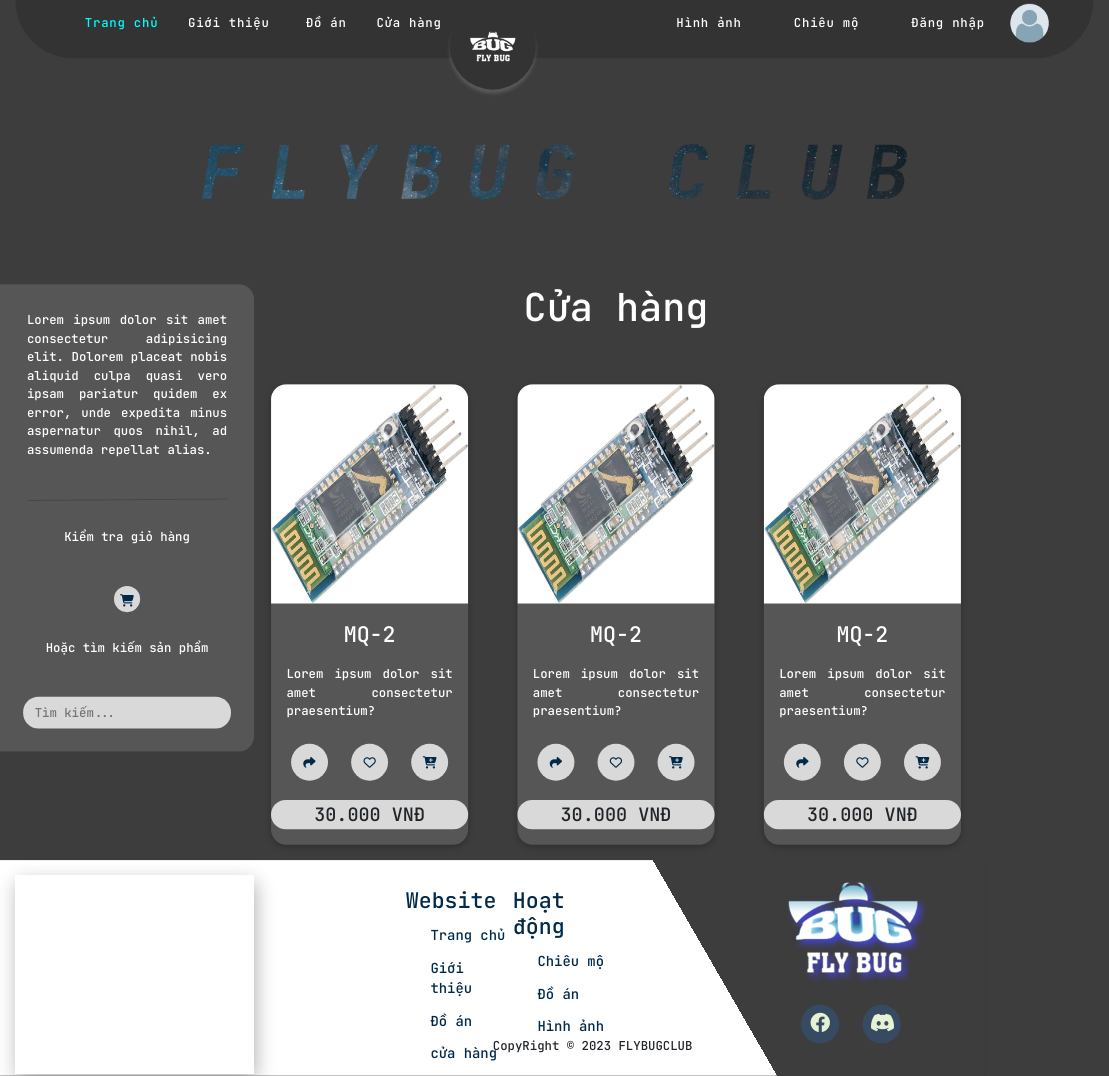
Repository: NQD2308/FlyBugClub_WebApp
Page: PROJECT FLYNUG/html/store.html
The author's editor kept a copy of each file at every save. The page is drawn from the files as they stood at one save, then again after the next save.
The browser window is 1280 px wide. The page is 1440 px wide, so the pictures cover 1440 px, including what lies to the right of the window. The pictures show the whole page, at 77% of full size.
Pictures or frames that could not be fetched are drawn as grey boxes.

Above is the page before, as saved 2023-09-18 11:31:39.

### PROJECT FLYNUG/html/store.html
<html lang="en">

<head>
    <meta charset="UTF-8">
    <meta name="viewport" content="width=device-width, initial-scale=1.0">
    <title>Document</title>

    <!-- Bootrap 5 -->
    <link href="https://cdn.jsdelivr.net/npm/bootstrap@5.0.2/dist/css/bootstrap.min.css" rel="stylesheet" integrity="sha384-EVSTQN3/azprG1Anm3QDgpJLIm9Nao0Yz1ztcQTwFspd3yD65VohhpuuCOmLASjC" crossorigin="anonymous">

    <!-- Font awesome -->
    <link rel="stylesheet" href="https://cdnjs.cloudflare.com/ajax/libs/font-awesome/6.4.2/css/all.min.css" integrity="sha512-z3gLpd7yknf1YoNbCzqRKc4qyor8gaKU1qmn+CShxbuBusANI9QpRohGBreCFkKxLhei6S9CQXFEbbKuqLg0DA==" crossorigin="anonymous" referrerpolicy="no-referrer" />

    <!-- CSS -->
    <link rel="stylesheet" href="../css/style.css">
    <!-- Reset -->
    <link rel="stylesheet" href="../css/default_setting.css">

    <!-- JetBrains Mono font -->
    <link rel="preconnect" href="https://fonts.googleapis.com">
    <link rel="preconnect" href="https://fonts.gstatic.com" crossorigin>
    <link
        href="https://fonts.googleapis.com/css2?family=JetBrains+Mono:ital,wght@0,300;0,500;0,600;0,700;0,800;1,400&display=swap"
        rel="stylesheet">
</head>

<body>
    <!-- ========================
                #HEADER
        ========================-->
    <header>
        <div class="nav">
            <div class="nav__links">
                <ul class="nav__links-left">
                    <li><a class="active" href="#">Trang chủ</a></li>
                    <li><a href="#">Giới thiệu</li>
                    <li><a href="#">Đồ án</a></li>
                    <li><a href="#">Cửa hàng</a></li>
                </ul>
            </div>
            <div class="logo">
                <img src="../img/logo.png" alt="FlyBug logo">
            </div>
            <div class="nav__links">
                <ul class="nav__links-right">
                    <li><a href="#">Hình ảnh</a></li>
                    <li><a href="#">Chiêu mộ</a></li>
                    <li class="login"><a href="#">Đăng nhập</a></li>
                    <li class="login-Img">
                        <a href="#"><img src="../img/user.png" alt=""></a>
                    </li>
                </ul>
            </div>
        </div>
        <div class="text-logo">
            <img  src="../img/FLYBUG CLUB.png" alt="Photo logo">
        </div>
    </header>

    <section class="body">
        <div class="container">
            <div class="row">
                <div class="col col-md-3 left">
                    <div class="search">
                        <div class="store-note">
                            <p>Lorem ipsum dolor sit amet consectetur adipisicing elit. Dolorem placeat nobis aliquid culpa quasi vero ipsam pariatur quidem ex error, unde expedita minus aspernatur quos nihil, ad assumenda repellat alias.</p>
                        </div>
                        <div class="center">
                            <svg xmlns="http://www.w3.org/2000/svg" width="261" height="4" viewBox="0 0 261 4" fill="none">
                                <path d="M1 2.96216L260.993 0.99995" stroke="#3D3D3D" stroke-opacity="0.8"/>
                            </svg>
                        </div>
                        <div class="shopping-function">
                            <p>Kiểm tra giỏ hàng</p>
                            <div class="center ">
                                <button class="icon-shopping">
                                    <a href="#">
                                        <i class="fa-solid fa-cart-shopping"></i>
                                    </a>
                                </button>
                            </div>
                            <p>Hoặc tìm kiếm sản phẩm</p>
                            <div class="center">
                                <input type="text" placeholder="Tìm kiếm...">
                            </div>
                        </div>
                    </div>
                </div>
                <div class="col col-md-9 right">
                    <div class="store">
                        <h1>Cửa hàng</h1>
                        <div class="item-store">
                            <div class="row">
                                <div class="col col-md-4">
                                    <div class="item-card">
                                        <img src="../img/bluth.jpg" alt="Photo item store">
                                        <h3>MQ-2</h3>
                                        <p>Lorem ipsum dolor sit amet consectetur praesentium?</p>
                                        <div class="center icon-card">
                                            <button class="icon icon-share">
                                                <a href="#">
                                                    <i class="fa-solid fa-share"></i>
                                                </a>
                                            </button>
                                            <button class="icon icon-love">
                                                <a href="#">
                                                    <i class="fa-regular fa-heart"></i>
                                                </a>
                                            </button>
                                            <button class="icon icon-share">
                                                <a href="#">
                                                    <i class="fa-solid fa-cart-plus"></i>
                                                </a>
                                            </button>
                                        </div>
                                        <div class="center item-price">
                                            <h2>30.000 VNĐ</h2>
                                        </div>
                                    </div>
                                </div>
                                <div class="col col-md-4">
                                    <div class="item-card">
                                        <img src="../img/bluth.jpg" alt="Photo item store">
                                        <h3>MQ-2</h3>
                                        <p>Lorem ipsum dolor sit amet consectetur praesentium?</p>
                                        <div class="center icon-card">
                                            <button class="icon icon-share">
                                                <a href="#">
                                                    <i class="fa-solid fa-share"></i>
                                                </a>
                                            </button>
                                            <button class="icon icon-love">
                                                <a href="#">
                                                    <i class="fa-regular fa-heart"></i>
                                                </a>
                                            </button>
                                            <button class="icon icon-share">
                                                <a href="#">
                                                    <i class="fa-solid fa-cart-plus"></i>
                                                </a>
                                            </button>
                                        </div>
                                        <div class="center item-price">
                                            <h2>30.000 VNĐ</h2>
                                        </div>
                                    </div>
                                </div>
                                <div class="col col-md-4">
                                    <div class="item-card">
                                        <img src="../img/bluth.jpg" alt="Photo item store">
                                        <h3>MQ-2</h3>
                                        <p>Lorem ipsum dolor sit amet consectetur praesentium?</p>
                                        <div class="center icon-card">
                                            <button class="icon icon-share">
                                                <a href="#">
                                                    <i class="fa-solid fa-share"></i>
                                                </a>
                                            </button>
                                            <button class="icon icon-love">
                                                <a href="#">
                                                    <i class="fa-regular fa-heart"></i>
                                                </a>
                                            </button>
                                            <button class="icon icon-share">
                                                <a href="#">
                                                    <i class="fa-solid fa-cart-plus"></i>
                                                </a>
                                            </button>
                                        </div>
                                        <div class="center item-price">
                                            <h2>30.000 VNĐ</h2>
                                        </div>
                                    </div>
                                </div>

                            </div>
                        </div>
                    </div>
                </div>
            </div>
        </div>
    </section>

 <!-- ========================
                #FOOTER
        ========================-->
    <footer class="footer">
        <div class="footer-left">
            <iframe class="ggmap" src="https://www.google.com/maps/embed?pb=!1m18!1m12!1m3!1d15678.190787267133!2d106.64595238715819!3d10.769299600000005!2m3!1f0!2f0!3f0!3m2!1i1024!2i768!4f13.1!3m3!1m2!1s0x31752f7c8bf050ff%3A0x4fa87595d124cc0c!2zVHLGsOG7nW5nIMSQ4bqhaSBo4buNYyBIb2EgU2VuIC0gQ8ahIHPhu58gVGjDoG5oIFRow6Fp!5e0!3m2!1svi!2s!4v1691345035899!5m2!1svi!2s" width="500" height="250" style="border:1;" allowfullscreen="" loading="lazy" referrerpolicy="no-referrer-when-downgrade"></iframe>
        </div>
        <ul class="footer-center">
            <li>
                <h3>Website</h3>

                <ul class="box">
                    <li><a href="#">Trang chủ</a></li>
                    <li><a href="#">Giới thiệu</a></li>
                    <li><a href="#">Đồ án</a></li>
                    <li><a href="#">cửa hàng</a></li>
                </ul>
            </li>
            <li>
                <h3>Hoạt động</h3>

                <ul class="box">
                    <li><a href="#">Chiêu mộ</a></li>
                    <li><a href="#">Đồ án</a></li>
                    <li><a href="#">Hình ảnh</a></li>
                </ul>
            </li>
        </ul>
        <div class="footer-right">
            <div class="img-logo">
                <img src="../img/flybug.png" alt="">
            </div>
            <div class="socials">
                <a href="#"><i class="fa-brands fa-facebook"></i></a>
                <a href="#"><i class="fa-brands fa-discord"></i></a>
            </div>
        </div>

        <div class="footer-bottom">
            <p>CopyRight &copy; 2023 FLYBUGCLUB</p>
        </div>
    </footer>

</body>

</html>

### PROJECT FLYNUG/css/style.css
li,
a,
button {
    list-style: none;
    font-family: 'JetBrains Mono', monospace;
    font-size: 16px;
    text-decoration: none;
    color: #fff;
    cursor: url(../img/bug-icon.png) 5 5, auto !important;
}
body {
    cursor: url(../img/bug-icon.png) 5 5, auto !important;
}
a {
    cursor: url(../img/bug-icon.png) 5 5, auto;
}
body {
    background-color: #3d3d3d;
}

/* =========================
        #HEADER
    =========================*/
header {
    /* position: fixed; */
    width: 1440px;
    /* height: 80px; */
    /* border-bottom: 1px solid #00000026; */




    /* backdrop-filter: blur(20px); */
}

header .nav {
    width: 1400px;
    margin: 0 auto;
    max-width: 100%;
    background: #333;
    border-radius: 0px 0px 80px 80px;
    display: flex;
    justify-content: space-between;
    align-items: center;
    padding: 0 3%;
    top: 0%;
    z-index: 10;
    box-shadow: rgba(0, 0, 0, 0.3) 2.72076px ;
    /* border: 1px solid red; */
}

header .nav ul {
    display: flex;
    align-items: center;
}

header .nav ul li {
    margin: 5px 15px;
    letter-spacing: 1px;
}

header .nav .logo {
    /* border: 1px solid red; */
    width: 7rem;
    height: 7rem;
    position: absolute;
    left: 50%;
    transform: translate(-50%, 20%);
    background-color: #333;
    overflow: hidden;
    border-radius: 100%;
    box-shadow: 0 5px 5px rgba(204, 204, 204, .2);
}

header .logo img {
    width: 100%;
    height: 100%;
    object-fit: cover;
}

header .nav__links {
    width: 40%;
    height: 100%;
}
header .nav__links ul li a{
    transition: .3s ease;
}
header .nav__links ul > li:hover a{
    color: aqua;
}
header .nav__links-left,
header .nav__links-right {
    justify-content: space-between;
}

.active {
    color: aqua;
}

.nav__links-right li:last-child {
    width: 50px;
    height: 50px;
}

header .nav__links-right {
    margin-left: -20px;
}

header .nav__links-right .login-img {
    margin-left: -20px;
}

header .text-logo{
    display: flex;
    justify-content: center;
    width: 1440px;
    background-color: #3d3d3d;
    /* border: 1px solid white; */
    padding: 110px 0;
}

/* ================================ */
/* ============= BODY ============= */
/* ================================ */

/*  @############ LEFT ############@ */

section.body .container{
    max-width: 1440px;
}
section.body .left{
    padding-left: 0;
}

section.body .search{
    width: 330px;
    background-color: #565656;
    border-radius: 0 20px 20px 0;
    position: relative;
    left: 0;
}

.body .search store-note{
    display: flex;
    justify-content: center;
}

.body .search p{
    color: #FFF;
    text-align: justify;
    padding: 35px;
}

.body .search .shopping-function p{
    text-align: center;
}

.body .search .shopping-function button.icon-shopping{
    width: 34px;
    height: 34px;
    border-radius: 50%;
    background-color: #D9D9D9;
    border: none;
}

.body .search .shopping-function .icon-shopping i{
    display: flex;
    justify-content: center;
    width: 24px;
    color: #012A4A;
    transition: all .25s ease-in;
    /* border: 1px solid orange; */
    border-radius: 50%;
    padding: 10px 16px 6px 17px;
}

.body .search .shopping-function button.icon-shopping:hover i{
    color: orange;
    transition: all .25s ease-in;
}

.body .search .shopping-function input{
    width: 270px;
    padding: 10px 15px;
    border-radius: 20px;
    border: none;
    background-color: #D9D9D9;
    margin-bottom: 30px;
}

/*  @############ RIGHT ############@ */

.body .right .store h1{
    color: white;
    text-align: center;
    font-size: 50px;
    margin-bottom: 50px;
}

.body .right .store .item-card{
   background-color: #565656;
    /* border: white 1px solid; */
    border-radius: 20px;
    margin: 20px;
    box-shadow: rgba(0, 0, 0, 0.24) 0px 3px 8px;
}

.body .right .store img {
    height: 285px;
    background-size: cover;
    background-position: center;
    background-attachment: fixed;
    border-radius: 20px 20px 0 0;
}

.body .right .store h3{
    margin: 23px 0;
    text-align: center;
    color: white;
}

.body .right .store p{
    color: white;
    text-align: justify;
    padding: 0 20px;
    font-size: 16px;
    margin: 15px 0;
}

.body .right .store .icon-card{
    margin: 10px 0;
}

.body .right .store .icon-card .icon{
    width: 48px;
    height: 48px;
    border: none;
    margin: 15px;
    background-color: #D9D9D9;
    border-radius: 50%;
}

.body .right .store .icon-card .icon i{
    /* border: orange 1px solid; */
    color: #012A4A;
    padding: 15px;
    border-radius: 50%;
    transition: all .25s ease-in;
}

.body .right .store .icon-card .icon :hover i{
    /* border: orange 1px solid; */
    rotate: 360deg;
    transition: all .25s ease-in;
}

.body .right .store .item-card .item-price h2{
    width: 270px;
    padding: 5px 20px;
    margin-bottom: 20px;
    font-size: 24px;
    background-color: #D9D9D9;
    border: none;
    border-radius: 20px;
    text-align: center;

}

/* =========================
        #FOOTER
         background-image: linear-gradient(60deg, white 70%, #3d3d3d 25%);
    =========================*/
footer {
    /* width: 100%; */
    position: relative;
    height: 280px;
    background-color: #333;
    background-image: linear-gradient(60deg, white 70%, #3d3d3d 25%);

    display: flex;
    flex-flow: row wrap;
    justify-content: space-between;
    padding: 20px;
    overflow: hidden;
}

.footer>* {
    width: calc(100% / 4);
}

.footer ul li,
.footer ul li a {
    color: #012A4A;
    font-size: 18px;
}

.footer-left {
    margin-right: 1.25em;
    margin-bottom: 2em;
    box-shadow: rgba(0, 0, 0, 0.3) 2.72076px 8px 24px;
}

.footer-left iframe {
    border-radius: 5px;
}

.footer-center {
    display: flex;
    flex-flow: row wrap;
    justify-content: space-between;
}

.footer-center>* {
    width: calc(100% / 2);
}

.footer-center li {
    margin: 15px 0;
}

.footer-center .box li a {
    transition: .3s ease;
}

.footer-center .box>li:hover a {
    margin-left: 10px;
    color: #4444dd;
    font-weight: bold;
}

.footer-right {
    height: 100%;
    margin: -10px 0;
    display: flex;
    align-items: center;
    flex-flow: row wrap;
    justify-content: center;
}

.footer-right .img-logo {
    width: 100%;
    display: flex;
    justify-content: center;
}

.footer-right img {
    width: 60%;
    filter: drop-shadow(5px 5px 5px #4444dd);
}

.socials a {
    background: #364a62;
    width: 50px;
    height: 50px;
    display: inline-block;
    text-align: center;
    margin: 0 10px;
    border-radius: 100%;
    transition: 0.4s ease;
}

.socials a i {
    color: #e7f2d4;
    padding: 10px;
    font-size: 26px;
}

.socials>a:first-child:hover {
    background-color: #4267B2;
    transform: rotate(1turn);
}

.socials>a:last-child:hover {
    background-color: #7289da;
    transform: rotate(1turn);
}

.footer-bottom {
    position: absolute;
    bottom: 10;
    left: 50%;
}


.main  {
    height: 100vh;
}

### PROJECT FLYNUG/css/default_setting.css
html {
  max-width: 1440px;
  margin: auto;
	line-height: 1.5;
	box-sizing: border-box;
	scroll-behavior: smooth;
  }
  * {
	margin: 0;
	padding: 0;
  font-family: 'JetBrains Mono', monospace;
  }
  *,
  *:before,
  *:after {
	box-sizing: border-box;
  }
  input,
  textarea,
  select,
  button {
	outline: none;
	font: inherit;
  }
  input {
	line-height: normal;
  }
  label,
  button {
	cursor: pointer;
	user-select: none !important;
  }
  ul {
	list-style: none;
  }
  a {
	text-decoration: none;
  }
  img,
  picture,
  video,
  canvas,
  svg {
	display: block;
	max-width: 100%;
	user-select: none !important;
  }

  p,
  h1,
  h2,
  h3,
  h4,
  h5,
  h6 {
	overflow-wrap: break-word;
  }

  /* Mobie: width < 740px */
  @media only screen and (max-width: 46.1875em) {
    input[type="color"],
    input[type="date"],
    input[type="datetime"],
    input[type="datetime-local"],
    input[type="email"],
    input[type="month"],
    input[type="number"],
    input[type="password"],
    input[type="search"],
    input[type="tel"],
    input[type="text"],
    input[type="time"],
    input[type="url"],
    input[type="week"],
    select:focus,
    textarea {
      font-size: 16px;
    }
  }

  .center{
    display: flex;
    justify-content: center;
  }

After the next save:
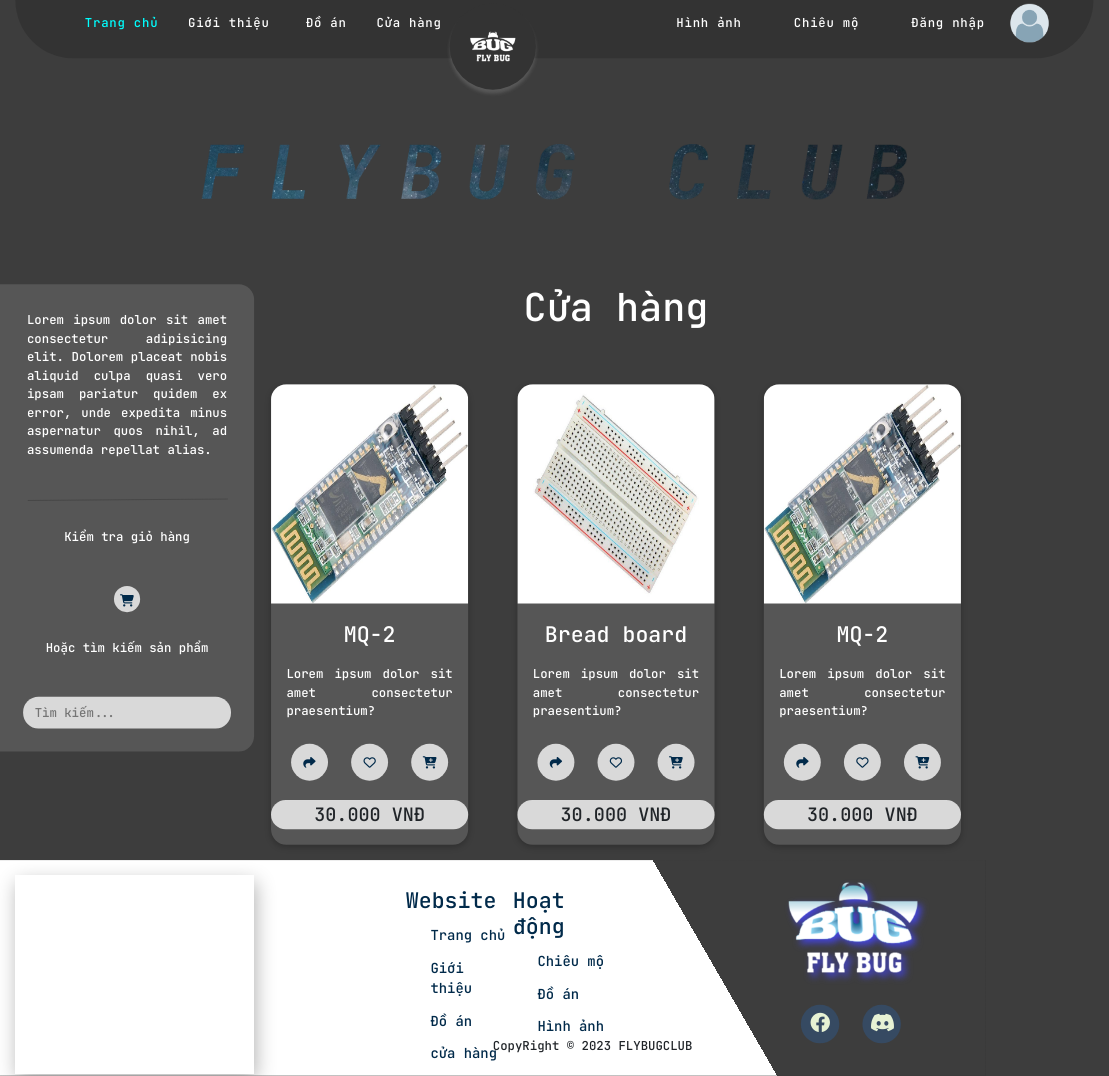
Saved 64 s later.
--- a/PROJECT FLYNUG/html/store.html
+++ b/PROJECT FLYNUG/html/store.html
@@ -120,8 +120,8 @@
                                 </div>
                                 <div class="col col-md-4">
                                     <div class="item-card">
-                                        <img src="../img/bluth.jpg" alt="Photo item store">
-                                        <h3>MQ-2</h3>
+                                        <img src="../img/breadboard.jpg" alt="Photo item store">
+                                        <h3>Bread board</h3>
                                         <p>Lorem ipsum dolor sit amet consectetur praesentium?</p>
                                         <div class="center icon-card">
                                             <button class="icon icon-share">
